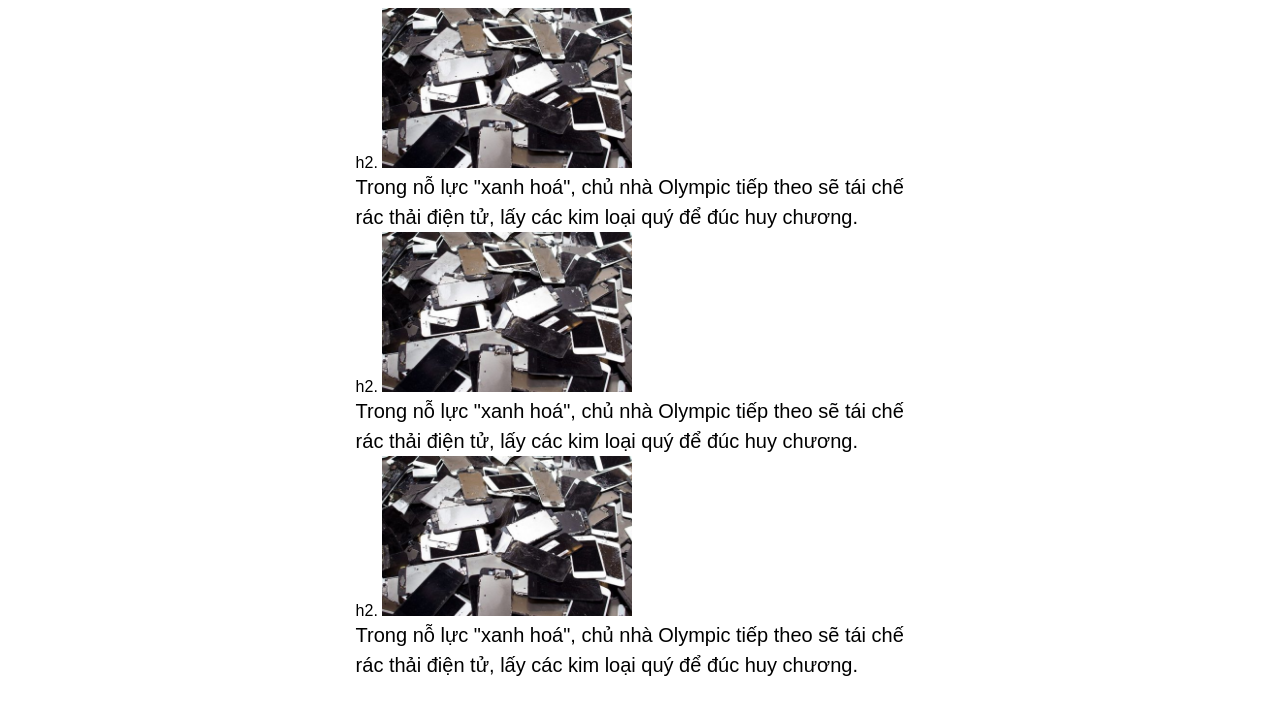
Repository: tuiladev/TKW
Page: CSS/Bai2/index.html
An editor plug-in stored every save of this project. The page is shown before and after a run of saves, followed by the edit.
The browser window is 1280 px wide. The pictures show the whole page.

Above is the page before, as saved 2022-04-07 17:17:03.

After the next 2 saves:
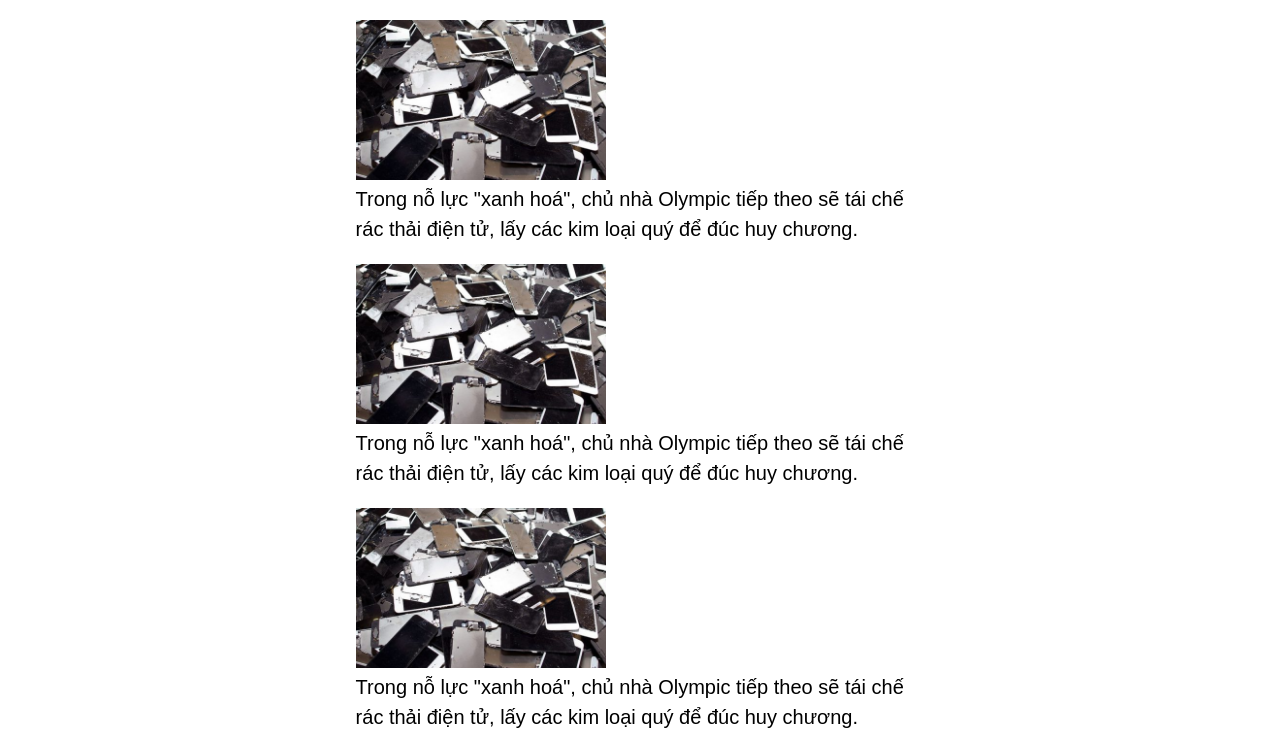
The 2 saves are shown as one change because they came seconds apart.
The last was saved 6 s later.
--- a/CSS/Bai2/index.html
+++ b/CSS/Bai2/index.html
@@ -7,7 +7,7 @@
    </head>
    <body>
       <div class="news">
-         h2.
+         <h2 class="news__title"></h2>
          <img src="./images/anh1.jpg" alt="" class="news__img" />
          <p class="news__desc">
             Trong nỗ lực "xanh hoá", chủ nhà Olympic tiếp theo sẽ tái chế rác thải điện tử, lấy các
@@ -15,7 +15,7 @@
          </p>
       </div>
       <div class="news">
-         h2.
+         <h2 class="news__title"></h2>
          <img src="./images/anh1.jpg" alt="" class="news__img" />
          <p class="news__desc">
             Trong nỗ lực "xanh hoá", chủ nhà Olympic tiếp theo sẽ tái chế rác thải điện tử, lấy các
@@ -23,7 +23,7 @@
          </p>
       </div>
       <div class="news">
-         h2.
+         <h2 class="news__title"></h2>
          <img src="./images/anh1.jpg" alt="" class="news__img" />
          <p class="news__desc">
             Trong nỗ lực "xanh hoá", chủ nhà Olympic tiếp theo sẽ tái chế rác thải điện tử, lấy các
